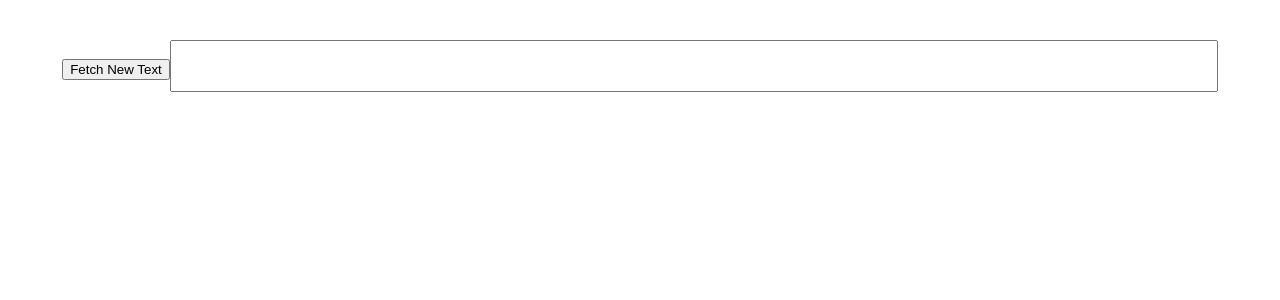
Repository: abhaysharma20233009/swiftKey
Page: / (app in frontend/my-app/)
These files come from the project's save history. The page is drawn as it stood at one moment and after the next save; the edit follows.
The browser window is 1280 px wide. The pictures show the whole page.
The page's requests for data from a server got no answer. The project was rebuilt for these pictures with package versions that can differ from the ones it lists, and the page was loaded fresh each time. No one was signed in, and anything a server would have sent is missing. Also part of the build but not shown: frontend/my-app/src/App.css.

Above is the page before, as saved 2024-10-09 17:54:15.

After the next save:
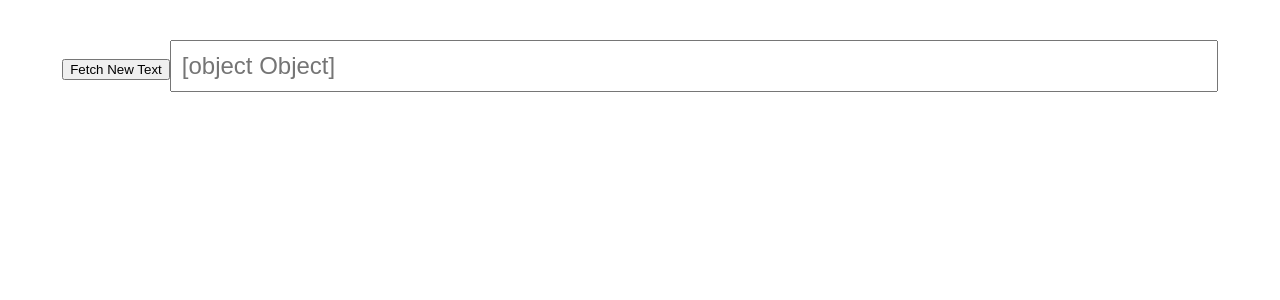
Saved 7 min 26 s later.
--- a/frontend/my-app/src/App.js
+++ b/frontend/my-app/src/App.js
@@ -54,7 +54,18 @@ function App() {
                     padding: '10px',
                     margin: '20px 0',
                 }}
-                placeholder={currentWord.slice(inputValue.length)} // Show remaining characters
+                placeholder= {words.map((word, index) => (
+                  <span
+                      key={index}
+                      style={{
+                          padding: '0 5px',
+                          color: index === currentWordIndex ? 'blue' : 'black',
+                          textDecoration: index < currentWordIndex ? 'line-through' : 'none',
+                      }}
+                  >
+                      {word}
+                  </span>
+              ))} // Show remaining characters
             />
             <div style={{ fontSize: '24px', marginTop: '10px' }}>
                 {words.map((word, index) => (

After the save that followed:
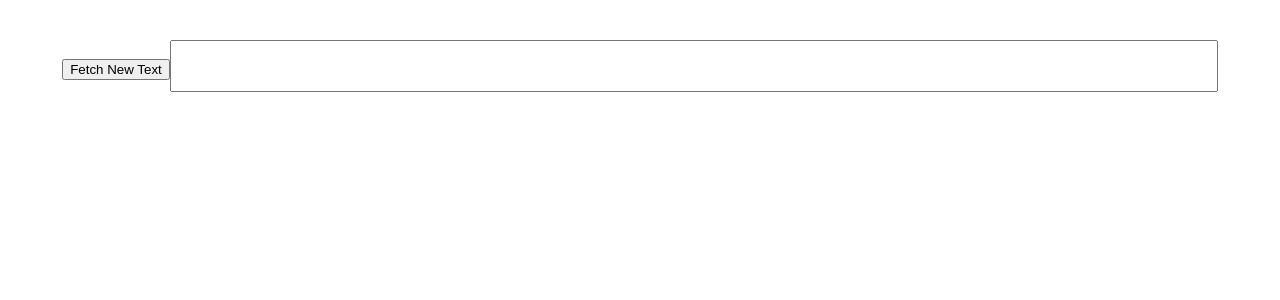
Saved 26 s later.
--- a/frontend/my-app/src/App.js
+++ b/frontend/my-app/src/App.js
@@ -54,18 +54,7 @@ function App() {
                     padding: '10px',
                     margin: '20px 0',
                 }}
-                placeholder= {words.map((word, index) => (
-                  <span
-                      key={index}
-                      style={{
-                          padding: '0 5px',
-                          color: index === currentWordIndex ? 'blue' : 'black',
-                          textDecoration: index < currentWordIndex ? 'line-through' : 'none',
-                      }}
-                  >
-                      {word}
-                  </span>
-              ))} // Show remaining characters
+                placeholder={currentWord.slice(inputValue.length)} // Show remaining characters
             />
             <div style={{ fontSize: '24px', marginTop: '10px' }}>
                 {words.map((word, index) => (
